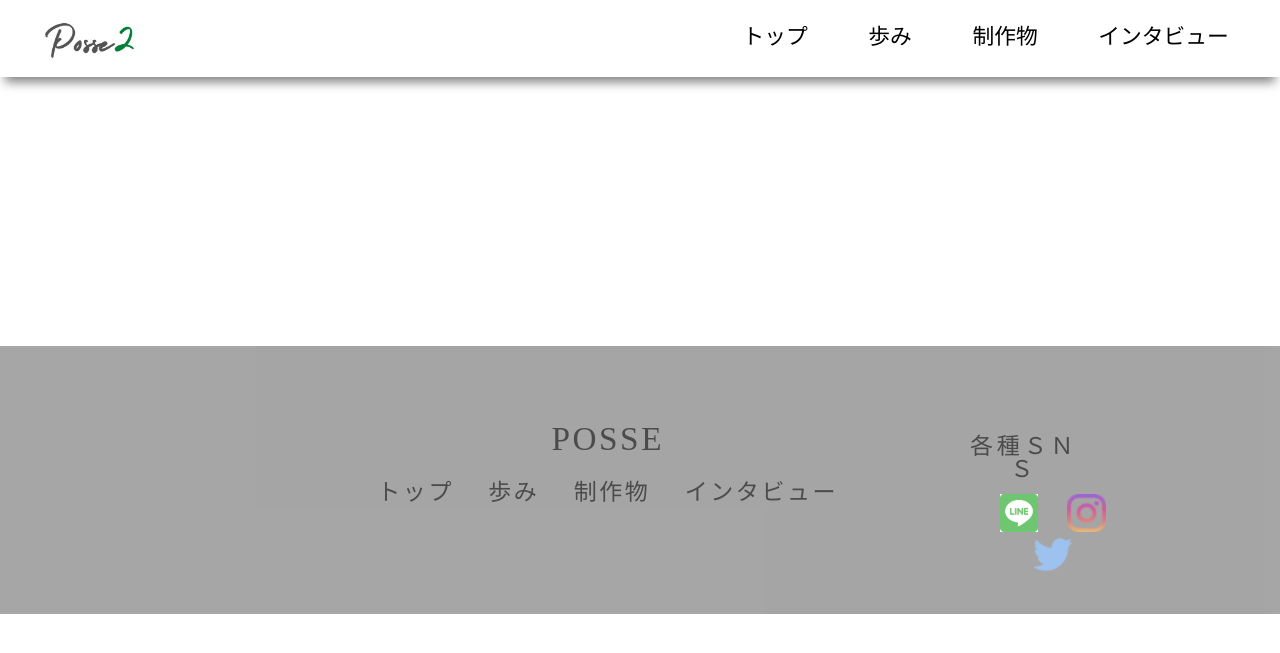
Repository: posse-ap/posse2-hackathon-202202-team2A
Page: topPage/index.html
These files come from the project's save history. The page is drawn as it stood at one moment and after a run of saves; the edit follows.
The browser window is 1280 px wide. The pictures show the whole page.

Above is the page before, as saved 2022-02-15 02:55:13.

After the next 5 saves:
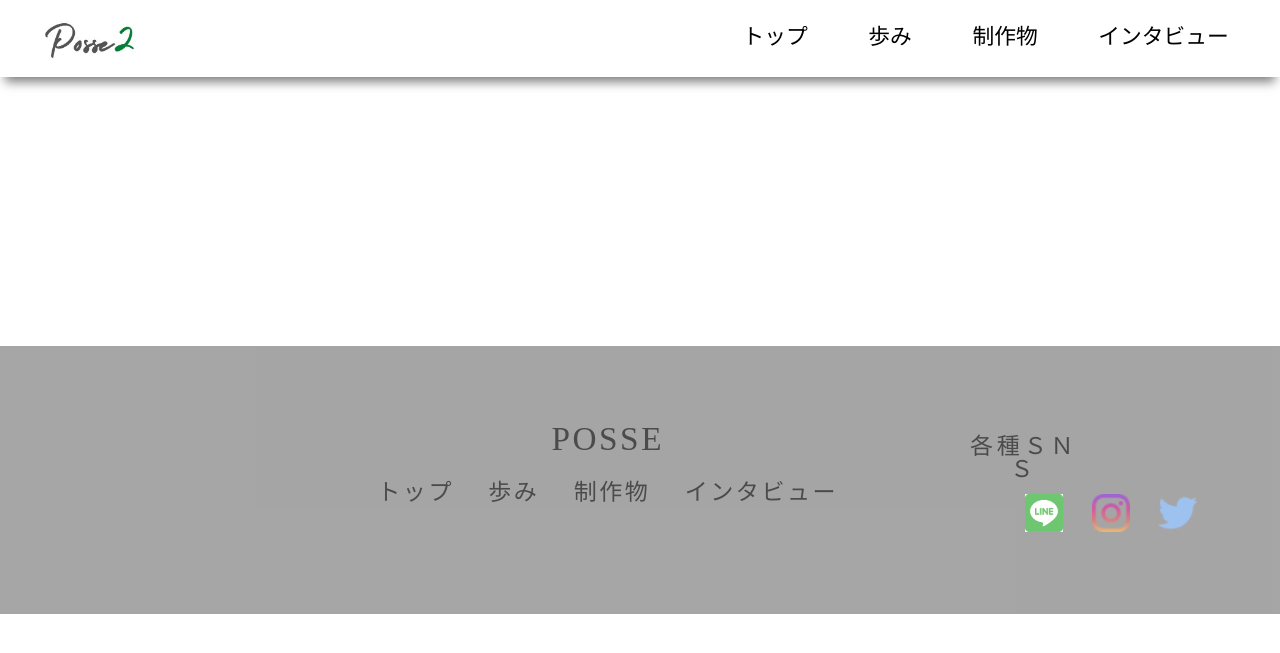
The 5 saves are shown as one change because they came seconds apart.
The last was saved 77 s later.
--- a/topPage/style.css
+++ b/topPage/style.css
@@ -421,6 +421,8 @@ h3 {
     margin: 0 1rem;
 }
 
+.SNS_box{width: 250%;}
+
 @media screen and (min-width:541px) and (max-width:1024px) {
     .footer{
         height: 30rem;
